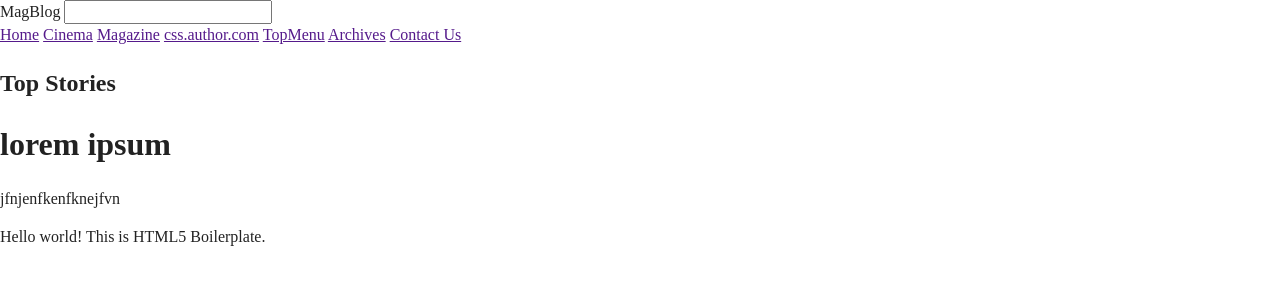
Repository: bguemos/project1lab3
Page: index.html
The author's editor kept a copy of each file at every save. The page is drawn from the files as they stood at one save, then again after the next save.
The browser window is 1280 px wide. The pictures show the whole page.

Above is the page before, as saved 2023-01-17 21:27:30.

### index.html
<!doctype html>
<html class="no-js" lang="en">

<head>
  <meta charset="utf-8">
  <title> My bodacious blog</title>
  <meta name="description" content="A lab exercise">
  <meta name="viewport" content="width=device-width, initial-scale=1">

  <meta property="og:title" content="">
  <meta property="og:type" content="">
  <meta property="og:url" content="">
  <meta property="og:image" content="">

  <link rel="manifest" href="site.webmanifest">
  <link rel="apple-touch-icon" href="icon.png">
  <!-- Place favicon.ico in the root directory -->

  <link rel="stylesheet" href="css/normalize.css">
  <link rel="stylesheet" href="css/main.css">

  <meta name="theme-color" content="#fafafa">
</head>

<body>
  <div class="magazineheader">
    <hi>MagBlog</hi>
  <input class="headersearchbar">
  <div class="socialmedialinks"></div>
</div>
<div class="navigationlinks">
  <a href> Home</a>
  <a href> Cinema</a>
  <a href> Magazine</a>
  <a href> css.author.com</a>
  <a href>TopMenu</a>
  <a href> Archives</a>
  <a href> Contact Us</a>

</div>
  <div class="maincontent">
    <div class="topstories">
      <h2>Top Stories</h2>

    </div>
    <div class="avatar">
      <h1> lorem ipsum</h1>
      <p>jfnjenfkenfknejfvn</p>



    </div>
    <div class="avatar2">

    </div>
    <div class="topstorysidebar">

    </div>
 </div>
 <div class="aftermaincontent">
  <div class="informationlinks"></div>



 </div>
 <div class="magazinefooter">

 </div>

  <!-- Add your site or application content here -->
  <p>Hello world! This is HTML5 Boilerplate.</p>
  <script src="js/vendor/modernizr-3.11.2.min.js"></script>
  <script src="js/plugins.js"></script>
  <script src="js/main.js"></script>

  <!-- Google Analytics: change UA-XXXXX-Y to be your site's ID. -->
  <script>
    window.ga = function () { ga.q.push(arguments) }; ga.q = []; ga.l = +new Date;
    ga('create', 'UA-XXXXX-Y', 'auto'); ga('set', 'anonymizeIp', true); ga('set', 'transport', 'beacon'); ga('send', 'pageview')
  </script>
  <script src="https://www.google-analytics.com/analytics.js" async></script>
</body>

</html>

### css/main.css
/*! HTML5 Boilerplate v8.0.0 | MIT License | https://html5boilerplate.com/ */

/* main.css 2.1.0 | MIT License | https://github.com/h5bp/main.css#readme */
/*
 * What follows is the result of much research on cross-browser styling.
 * Credit left inline and big thanks to Nicolas Gallagher, Jonathan Neal,
 * Kroc Camen, and the H5BP dev community and team.
 */

/* ==========================================================================
   Base styles: opinionated defaults
   ========================================================================== */

html {
  color: #222;
  font-size: 1em;
  line-height: 1.4;
}

/*
 * Remove text-shadow in selection highlight:
 * https://twitter.com/miketaylr/status/12228805301
 *
 * Vendor-prefixed and regular ::selection selectors cannot be combined:
 * https://stackoverflow.com/a/16982510/7133471
 *
 * Customize the background color to match your design.
 */

::-moz-selection {
  background: #b3d4fc;
  text-shadow: none;
}

::selection {
  background: #b3d4fc;
  text-shadow: none;
}

/*
 * A better looking default horizontal rule
 */

hr {
  display: block;
  height: 1px;
  border: 0;
  border-top: 1px solid #ccc;
  margin: 1em 0;
  padding: 0;
}

/*
 * Remove the gap between audio, canvas, iframes,
 * images, videos and the bottom of their containers:
 * https://github.com/h5bp/html5-boilerplate/issues/440
 */

audio,
canvas,
iframe,
img,
svg,
video {
  vertical-align: middle;
}

/*
 * Remove default fieldset styles.
 */

fieldset {
  border: 0;
  margin: 0;
  padding: 0;
}

/*
 * Allow only vertical resizing of textareas.
 */

textarea {
  resize: vertical;
}

/* ==========================================================================
   Author's custom styles
   ========================================================================== */

/* ==========================================================================
   Helper classes
   ========================================================================== */

/*
 * Hide visually and from screen readers
 */

.hidden,
[hidden] {
  display: none !important;
}

/*
 * Hide only visually, but have it available for screen readers:
 * https://snook.ca/archives/html_and_css/hiding-content-for-accessibility
 *
 * 1. For long content, line feeds are not interpreted as spaces and small width
 *    causes content to wrap 1 word per line:
 *    https://medium.com/@jessebeach/beware-smushed-off-screen-accessible-text-5952a4c2cbfe
 */

.sr-only {
  border: 0;
  clip: rect(0, 0, 0, 0);
  height: 1px;
  margin: -1px;
  overflow: hidden;
  padding: 0;
  position: absolute;
  white-space: nowrap;
  width: 1px;
  /* 1 */
}

/*
 * Extends the .sr-only class to allow the element
 * to be focusable when navigated to via the keyboard:
 * https://www.drupal.org/node/897638
 */

.sr-only.focusable:active,
.sr-only.focusable:focus {
  clip: auto;
  height: auto;
  margin: 0;
  overflow: visible;
  position: static;
  white-space: inherit;
  width: auto;
}

/*
 * Hide visually and from screen readers, but maintain layout
 */

.invisible {
  visibility: hidden;
}

/*
 * Clearfix: contain floats
 *
 * For modern browsers
 * 1. The space content is one way to avoid an Opera bug when the
 *    `contenteditable` attribute is included anywhere else in the document.
 *    Otherwise it causes space to appear at the top and bottom of elements
 *    that receive the `clearfix` class.
 * 2. The use of `table` rather than `block` is only necessary if using
 *    `:before` to contain the top-margins of child elements.
 */

.clearfix::before,
.clearfix::after {
  content: " ";
  display: table;
}

.clearfix::after {
  clear: both;
}

/* ==========================================================================
   EXAMPLE Media Queries for Responsive Design.
   These examples override the primary ('mobile first') styles.
   Modify as content requires.
   ========================================================================== */

@media only screen and (min-width: 35em) {
  /* Style adjustments for viewports that meet the condition */
}

@media print,
  (-webkit-min-device-pixel-ratio: 1.25),
  (min-resolution: 1.25dppx),
  (min-resolution: 120dpi) {
  /* Style adjustments for high resolution devices */
}

/* ==========================================================================
   Print styles.
   Inlined to avoid the additional HTTP request:
   https://www.phpied.com/delay-loading-your-print-css/
   ========================================================================== */

@media print {
  *,
  *::before,
  *::after {
    background: #fff !important;
    color: #000 !important;
    /* Black prints faster */
    box-shadow: none !important;
    text-shadow: none !important;
  }

  a,
  a:visited {
    text-decoration: underline;
  }

  a[href]::after {
    content: " (" attr(href) ")";
  }

  abbr[title]::after {
    content: " (" attr(title) ")";
  }

  /*
   * Don't show links that are fragment identifiers,
   * or use the `javascript:` pseudo protocol
   */
  a[href^="#"]::after,
  a[href^="javascript:"]::after {
    content: "";
  }

  pre {
    white-space: pre-wrap !important;
  }

  pre,
  blockquote {
    border: 1px solid #999;
    page-break-inside: avoid;
  }

  /*
   * Printing Tables:
   * https://web.archive.org/web/20180815150934/http://css-discuss.incutio.com/wiki/Printing_Tables
   */
  thead {
    display: table-header-group;
  }

  tr,
  img {
    page-break-inside: avoid;
  }

  p,
  h2,
  h3 {
    orphans: 3;
    widows: 3;
  }

  h2,
  h3 {
    page-break-after: avoid;
  }
}

### js/plugins.js
// Avoid `console` errors in browsers that lack a console.
(function() {
  var method;
  var noop = function () {};
  var methods = [
    'assert', 'clear', 'count', 'debug', 'dir', 'dirxml', 'error',
    'exception', 'group', 'groupCollapsed', 'groupEnd', 'info', 'log',
    'markTimeline', 'profile', 'profileEnd', 'table', 'time', 'timeEnd',
    'timeline', 'timelineEnd', 'timeStamp', 'trace', 'warn'
  ];
  var length = methods.length;
  var console = (window.console = window.console || {});

  while (length--) {
    method = methods[length];

    // Only stub undefined methods.
    if (!console[method]) {
      console[method] = noop;
    }
  }
}());

// Place any jQuery/helper plugins in here.

Loaded but not shown: css/normalize.css (library); js/vendor/modernizr-3.11.2.min.js (library); js/main.js (no stored copy; drawn as an empty file)

After the next save:
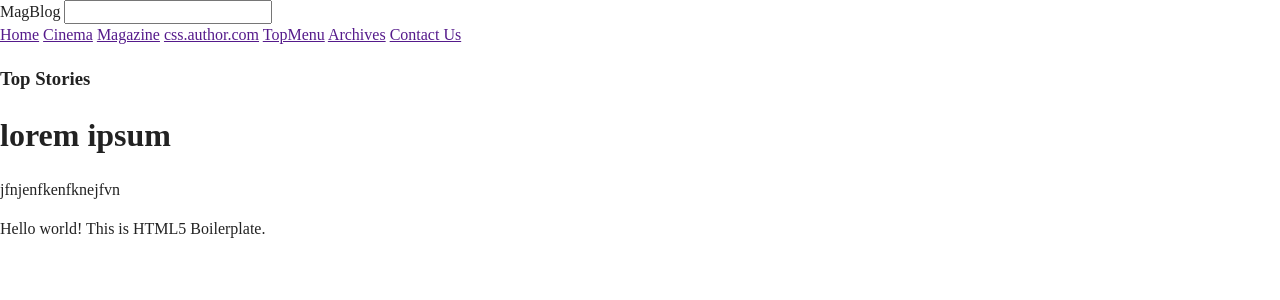
Saved 22 s later.
--- a/index.html
+++ b/index.html
@@ -40,7 +40,7 @@
 </div>
   <div class="maincontent">
     <div class="topstories">
-      <h2>Top Stories</h2>
+      <h3>Top Stories</h3>
 
     </div>
     <div class="avatar">
